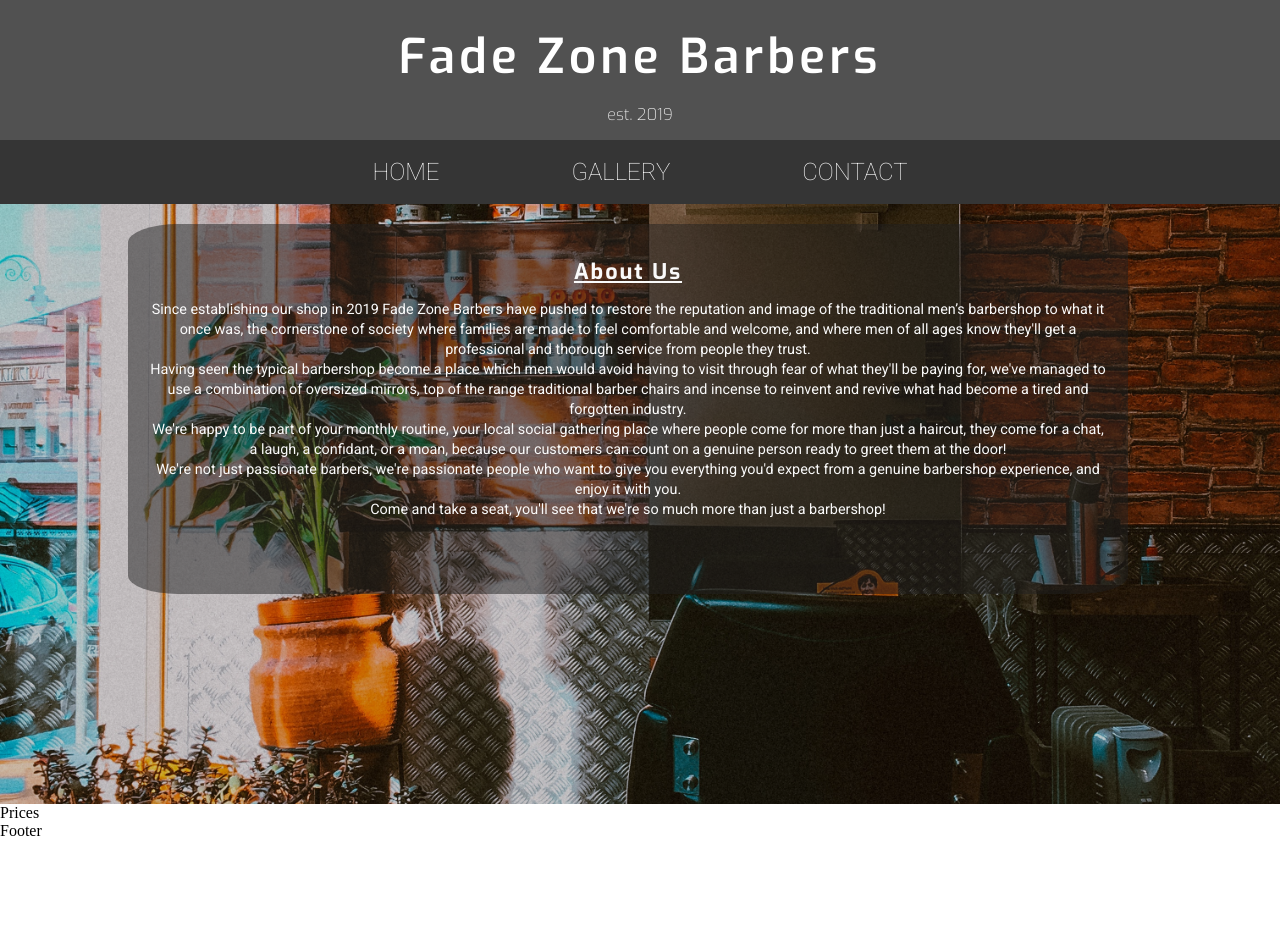
Repository: Boofy360/fade-zone-barbers
Page: index.html
The author's editor kept a record of every edit. The page is drawn from the files as they stood at one moment, then again after the next edit.
The browser window is 1280 px wide. The pictures show the whole page.

Above is the page before.

### index.html
<!DOCTYPE html>
<html lang="en">

<head>
    <meta charset="UTF-8">
    <meta name="viewport" content="width=device-width, initial-scale=1.0">
    <meta http-equiv="X-UA-Compatible" content="ie=edge">
    <link rel="stylesheet" href="assets/css/style.css" type="text/css" />
    <link rel="stylesheet" href="https://maxcdn.bootstrapcdn.com/font-awesome/4.7.0/css/font-awesome.min.css" type="text/css" />
    <link rel="stylesheet" href="https://cdnjs.cloudflare.com/ajax/libs/hover.css/2.3.1/css/hover-min.css" type="text/css" />
    <title>Document</title>
</head>

<body>
    <header>
        <div id="heading">
            <h1>Fade Zone Barbers</h1>
            <h2>est. 2019</h2>
            <!----------Figure out how to center---------->
        </div>
    </header>
    <nav>
        <ul id="navbar">
            <li>
                <a href="#">Home</a>
            </li>
            <li>
                <a href="#">Gallery</a>
            </li>
            <li>
                <a href="#">Contact</a>
            </li>
        </ul>
    </nav>
    <section>
        <div id="hero-outer">
            <div id="hero-image">
                <div id="cover-text">
                    <h2>About Us</h3>
                        <p>Since establishing our shop in 2019 Fade Zone Barbers have pushed to restore the reputation and image of the traditional men’s barbershop to what it once was, the cornerstone of society where families are made to feel comfortable
                            and welcome, and where men of all ages know they'll get a professional and thorough service from people they trust.<br>Having seen the typical barbershop become a place which men would avoid having to visit through fear of what
                            they'll be paying for, we've managed to use a combination of oversized mirrors, top of the range traditional barber chairs and incense to reinvent and revive what had become a tired and forgotten industry.<br>We're happy to be
                            part of your monthly routine, your local social gathering place where people come for more than just a haircut, they come for a chat, a laugh, a confidant, or a moan, because our customers can count on a genuine person ready
                            to greet them at the door!<br>We're not just passionate barbers, we're passionate people who want to give you everything you'd expect from a genuine barbershop experience, and enjoy it with you.<br>Come and take a seat, you'll see
                            that we're so much more than just a barbershop!
                        </p>
                </div>
            </div>
        </div>
    </section>
    <section>
        Prices
    </section>
    <footer>
        Footer
    </footer>
</body>

</html>

### assets/css/style.css
@import url('https://fonts.googleapis.com/css?family=Roboto:100,200,300,400,500,600,700|Exo:100,200,300,400,500,600,700');

/*--------------------------------------------Special paddings/margins/text*/

body {
    margin: 0;
    padding: 0;
    border: 0;
}

a:link {
    text-decoration: none!important;
}

/*--------------------------------------------Header*/

header {
    background-color: rgba(8, 8, 8, 0.7);
    font-family: "Exo", sans-serif;
    line-height: 50px;
    text-align: center;
}

#heading h1 {
    font-size: 300%;
    letter-spacing: 4px;
    color: #fff;
    font-weight: 600;
    margin: 0;
    padding: 32px 0 8px;
}

#heading h2 {
    font-size: 100%;
    color: #fafafa;
    font-weight: 200;
    margin: 0;
}

/*--------------------------------------------Navbar*/

#navbar {
    background-color: rgba(32, 32, 32, 0.9);
    list-style-type: none;
    margin: 0;
    padding: 0;
    float: none;
    text-align: center
}

#navbar li {
    display: inline-block;
}

#navbar li a {
    font-family: "Roboto", sans-serif;
    color: #fafafa;
    font-size: 150%;
    font-weight: 100;
    text-transform: uppercase;
    padding: 0 64px;
    text-decoration: none;
    display: inline;
    line-height: 64px;
    transition: all 0.35s ease-in-out;
    -moz-transition: all 0.35s ease-in-out;
    -webkit-transition: all 0.35s ease-in-out;
    -o-transition: all 0.35s ease-in-out;
}

#navbar li a:hover {
    color: #ffdf00;
}

/*--#navbar li a:active {
    border-bottom: 5px double #ffdf00;
}*/

/*--------------------------------------------About Us*/

#hero-image {
  background-image: linear-gradient(rgba(0, 0, 0, 0.2), rgba(0, 0, 0, 0.2)), url("../images/salon-chair-background.jpg");
  height: 600px;
  background-position: center;
  background-repeat: no-repeat;
  background-size: cover;
  position: relative;
}


#hero-outer {
    height: 600px;
    width: 100%;
    overflow: hidden;
}

#cover-text h2 {
    letter-spacing: 2px;
    font-family: "Exo", sans-serif;
    text-decoration: underline;


}

#cover-text {
    background-color: rgba(32,32,32,0.5);
    font-family: "Roboto", sans-serif;
    font-size: 2vh;
    text-align: center;
    color: #fafafa;
    line-height: 20px;
    width: 75%;
    height: 55%;
    border-radius: 5%;
    padding: 20px 20px;
    bottom: 35%;
    left: 10%;
    position: absolute;
}

.section-heading {

    letter-spacing: 2px;
    color: #fafafa;
    text-decoration: underline;
    padding-top: 20px;
    text-align: center;
}

.section-column {
    background-color: black;
    display: table-cell;
    float: none;
    color: white;
}

.section-content {
    text-align: center;
}

.content-img {
    width: 100%;
    height: auto;
    padding-top: 2%;
}

/*--------------------------------------------Footer*/

footer {
    min-height: 120px;
    margin: 0;
}

.footer-heading {
    font-family: "Roboto", sans-serif;
    letter-spacing: 2px;
    color: #fafafa;
    text-decoration: underline;
    padding-top: 20px;
    text-align: center;
}

.footer-content {
    color: #fff;
    padding: 12px 0;
    text-align: center;
}

.social-links {
    padding-bottom: 15px;
    list-style: none;
}

.social-links li a i {
    width: 32px;
    height: 32px;
    padding: 14px 0;
    margin: 8px;
    border-radius: 50%;
    font-size: 1em;
    line-height: 7px;
    text-align: center;
    color: #fafafa;
    background: #8f8f8f;
    transition: all 0.35s ease-in-out;
    -moz-transition: all 0.35s ease-in-out;
    -webkit-transition: all 0.35s ease-in-out;
    -o-transition: all 0.35s ease-in-out;
}

.social-links li a i:hover {
    background: #d4af37
}

After the next edit:
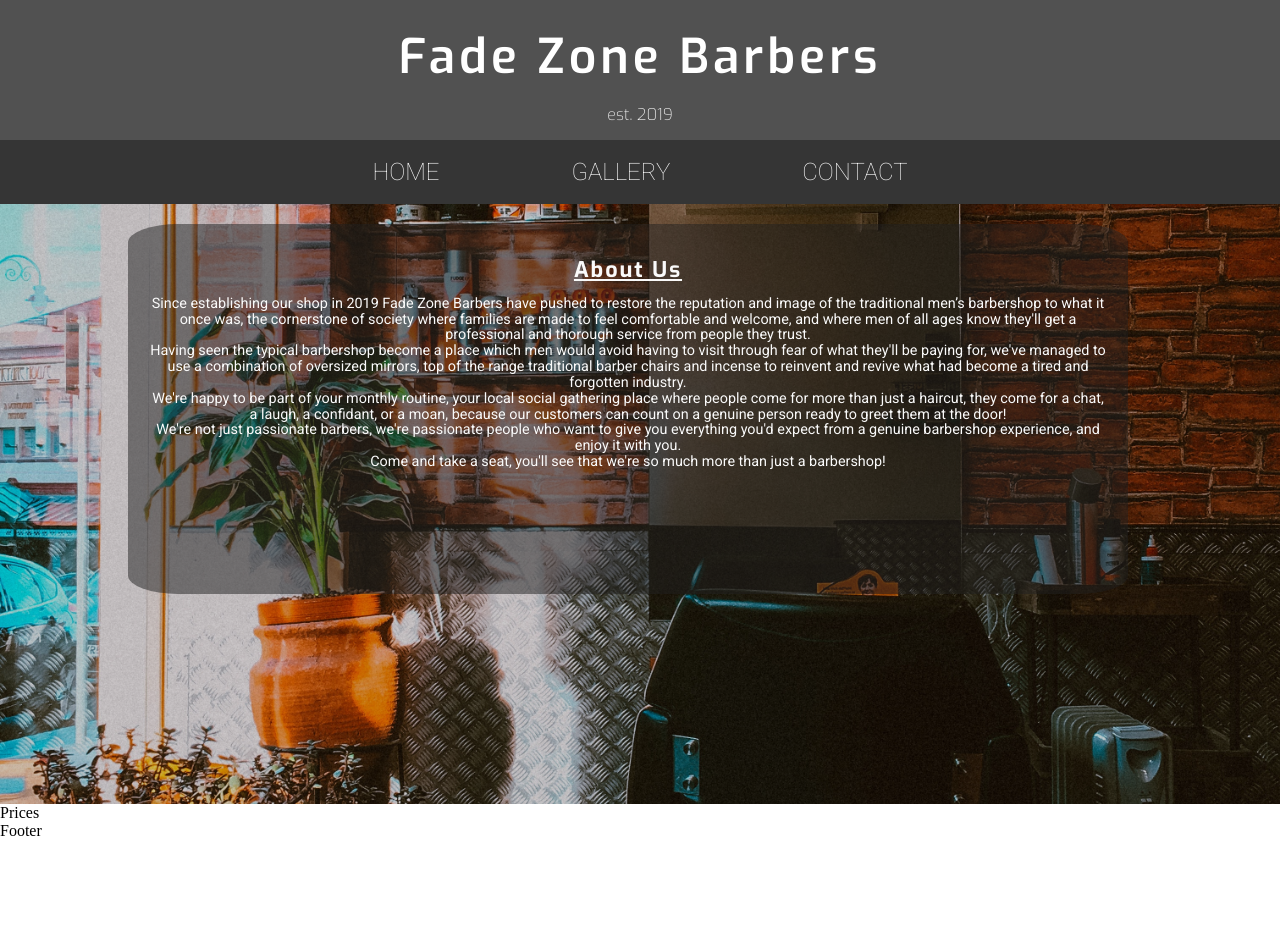
The edit:
--- a/assets/css/style.css
+++ b/assets/css/style.css
@@ -108,7 +108,7 @@
     font-size: 2vh;
     text-align: center;
     color: #fafafa;
-    line-height: 20px;
+    line-height: 110%;
     width: 75%;
     height: 55%;
     border-radius: 5%;
